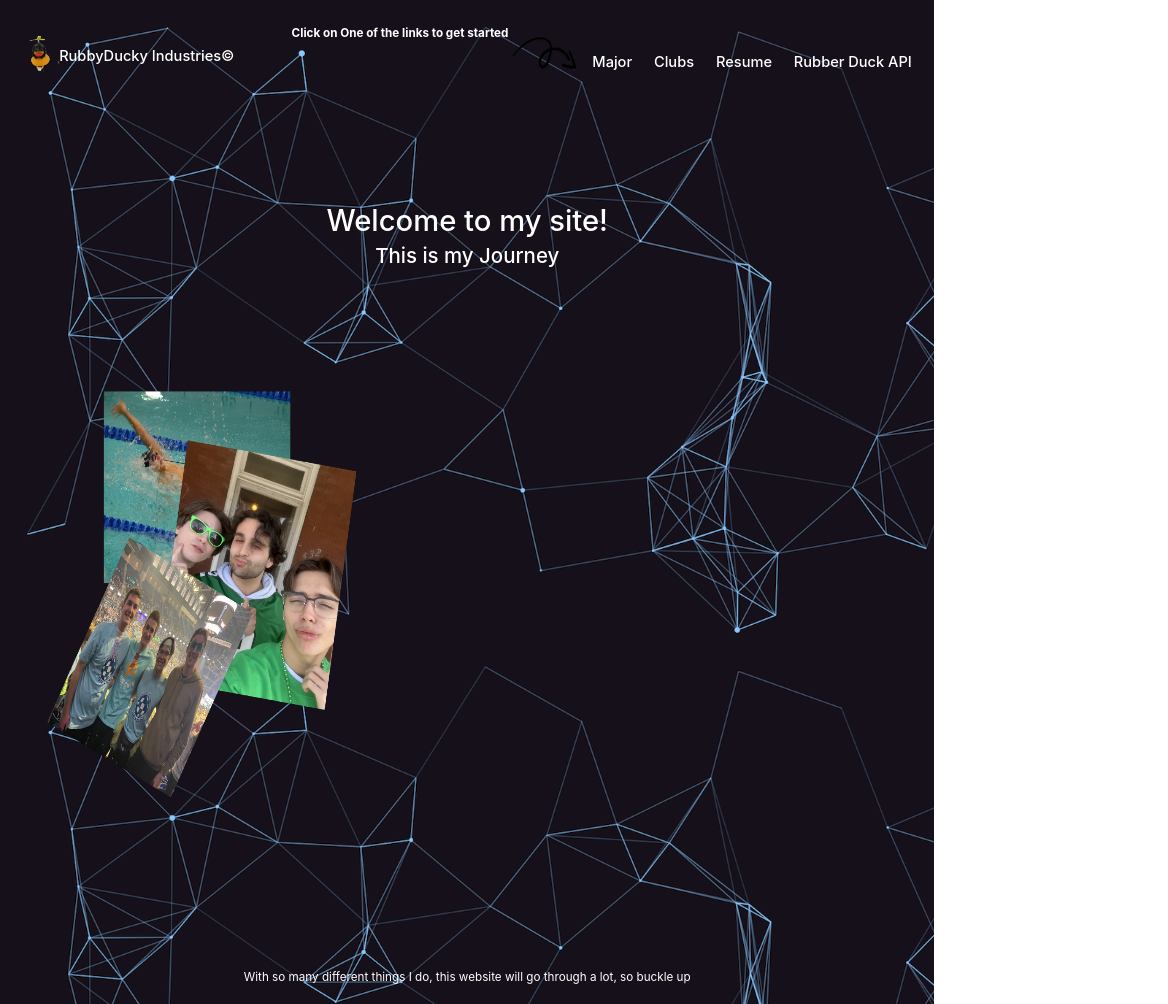
Repository: newcoder69/IST-256
Page: index.html
An editor plug-in stored every save of this project. The page is shown before and after the next save, followed by the edit.
The browser window is 1280 px wide. The page is 1280 px wide, then 1600 px, so the pictures cover 1600 px, including what lies to the right of the window. The pictures show the whole page, at 73% of full size.

Above is the page before, as saved 2024-03-01 02:35:07.

### index.html
<!DOCTYPE html>
<HTML lang="en">
<link rel="stylesheet" href="indexstyles.css">
<link rel="stylesheet" href="https://cdn.jsdelivr.net/npm/bootstrap@4.6.2/dist/css/bootstrap.min.css" integrity="sha384-xOolHFLEh07PJGoPkLv1IbcEPTNtaed2xpHsD9ESMhqIYd0nLMwNLD69Npy4HI+N" crossorigin="anonymous">

<head>


</head>

<body>
    <nav>
        <div class="navbar">
            <div class="navbar-contents">
                <ul>
                    <li id="title">
                        <a href="index.html" >
                            <img id= arrow src="voro-rubber-ducky-02_1200x (1).png" style="width: 50px;">
                            <span><h5>RubbyDucky Industries&copy;</h5></span>
                        </a>
                    </li>
                    <p class="instructions"> <b>Click on One of the links to get started</b>
                    </p>
                    <img id="arrowpic" src="arrow.png" style="width: 100px; vertical-align: middle; ;">
                    <li>

                        <a class="nav-button" href="myMajor.html">

                            <h5>Major</h5>


                        </a>
                    </li>

                    <li>
                        <a class="nav-button" href="myMajor.html">
                            <h5>Clubs</h5>
                        </a>
                    </li>

                    <li>
                        <a class="nav-button" href="myMajor.html">
                           <h5>Resume</h5>
                        </a>
                    </li>

                    <li>
                        <a class="nav-button" href="myMajor.html">
                            <h5>Rubber Duck API</h5>
                        </a>
                    </li>
                </ul>
            </div>
        </div>
       </nav>



       <h1 id="caption1">Welcome to my site!</h1>
       <h3 id="caption2">This is my Journey</h3>

    <div class="image-container">
        <img  id="imggroup1" src="imagegroup1.png">
        <div class="text-underImage">
            <p>With so many different things I do, this website will go through a lot, so buckle up</p>
        </div>
    </div>
</body>


</HTML>

### indexstyles.css
.navbar-contents{
    display: flex;
    justify-content: space-between;
    align-items: center;
    width: 100%;
    margin-top: 25px;
    background-color:dark;

}

.navbar{
    position: static;
    top: 0;
}

.navbar-contents ul{
    display: flex;
    list-style: none;
    padding: 0;
    margin: 0;
    justify-content: flex-end;
    width: 100%;
}

.navbar-contents li{
    padding: 15px;

}

#title{
    flex-grow: 1;;
}

#title a{
    display: flex;
    align-items:center;
    text-decoration:none;
    color:white

}

#title a span{
    margin-top: 15px;
}

.nav-button h5{
    margin-top: 25px;
    color:white;
}

#caption1{
    text-align: center;
    margin-top: 150px;
    color:white
}

#caption2{
    text-align: center;
    color:white
}

body{
    background-image: url(compute-ea4c57a4.png)
}

#imggroup1{
    /* display: block; */
    margin-left: auto;
    margin-right: auto;
    height: 1000px;
    position: relative;
    left: -250px;
    width: 100%;



}

#imggroup1:hover{

    animation: movepictures .5s forwards ;


}
#imggroup1:not(:hover){
    animation: movePicturesBack .5 backwards;
}

@keyframes movepictures
{
    from{
        transform:translateX(0);
    }
    to{
        transform: translateX(250px);
    }
}

@keyframes movePicturesBack {

    from{
        transform: translateX(0);
    }
    to{
        transform: translateX(-250px);
    }

}

.instructions{
    color:white
}

.image-container{
    position: relative;
    display: inline-block;
}

.text-underImage{
    position: absolute;
    bottom: 0;
    left: 0;
    width: 100%;
    color:white;
    text-align:center;
    padding: 10px 0;
}

After the next save:
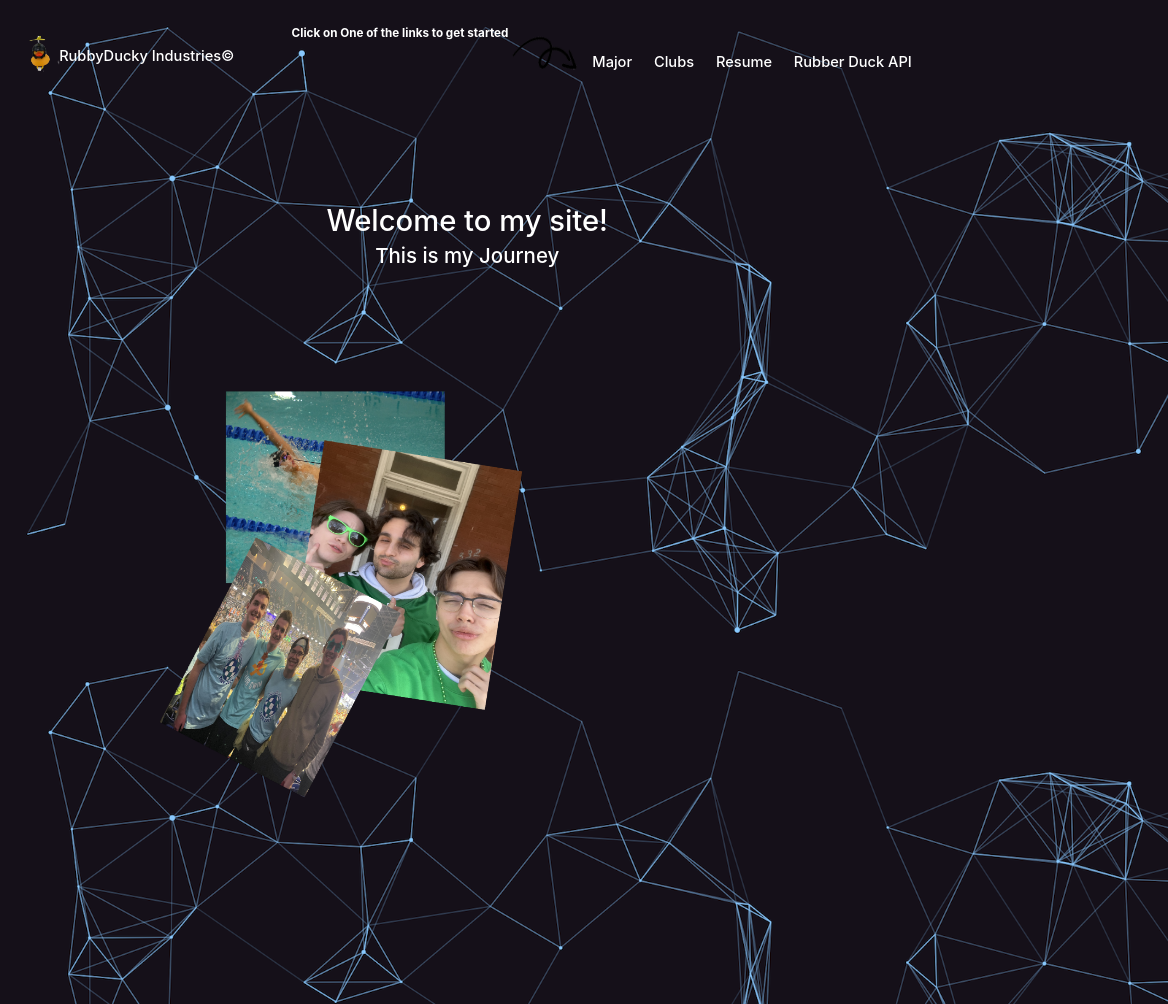
Saved 4 s later.
--- a/indexstyles.css
+++ b/indexstyles.css
@@ -60,7 +60,7 @@
 }
 
 body{
-    background-image: url(compute-ea4c57a4.png)
+    background-image: url(images/compute-ea4c57a4.png)
 }
 
 #imggroup1{
@@ -70,7 +70,7 @@ body{
     height: 1000px;
     position: relative;
     left: -250px;
-    width: 100%;
+    width: 1500px
 
 
 
@@ -114,14 +114,23 @@ body{
 .image-container{
     position: relative;
     display: inline-block;
+    margin-left: 100px;
+    margin-right: 100px;
+    width: 100px;
+
+}
+.image-container img{
+    z-index: 2;
 }
 
 .text-underImage{
     position: absolute;
-    bottom: 0;
-    left: 0;
+    bottom: 450px;
+    left: 250px;
     width: 100%;
-    color:white;
+    color: white;
     text-align:center;
     padding: 10px 0;
+    z-index: 1;
+    font-size: 20px;
 }
